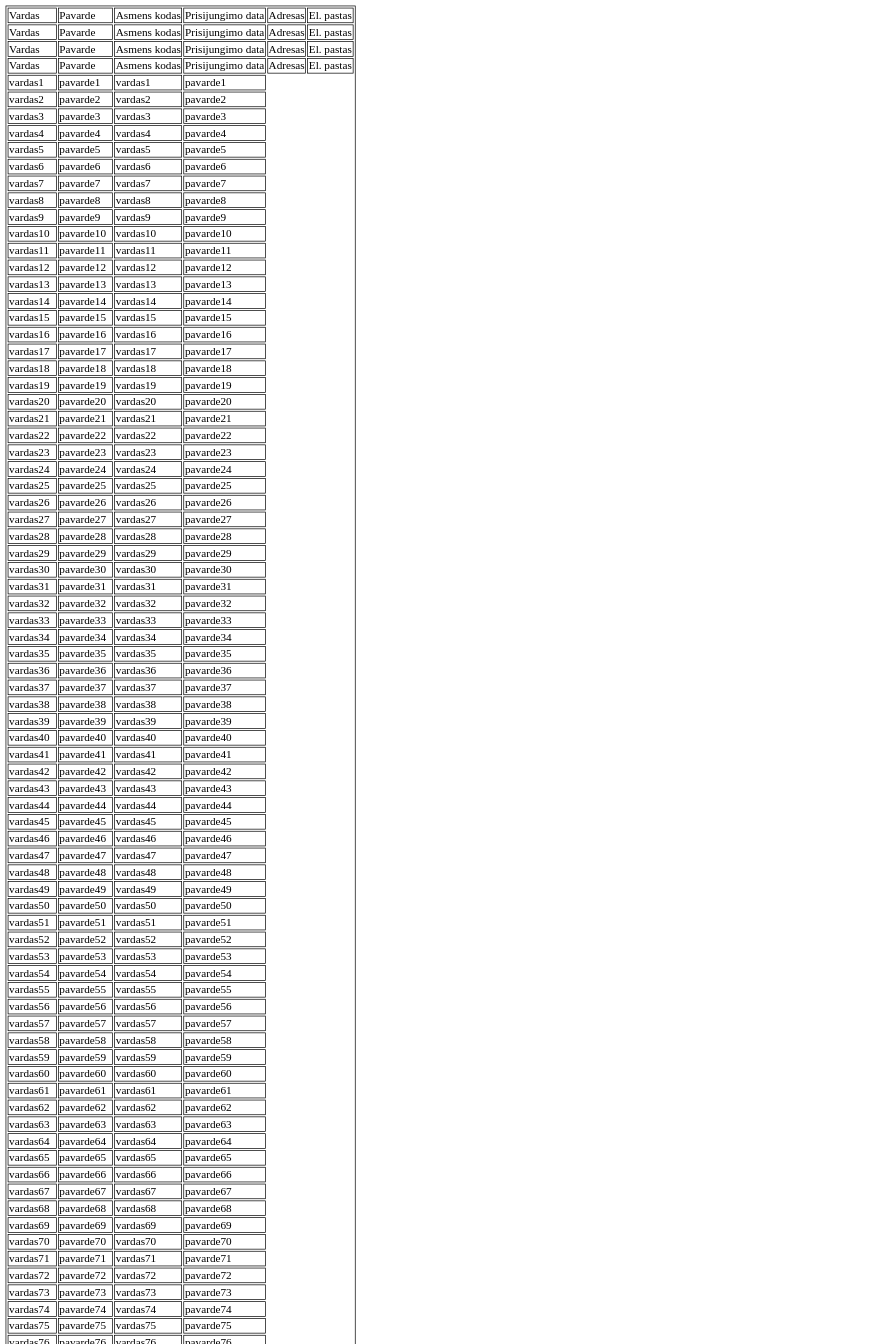
Repository: motiejus1/29-paskaita-05.31
Page: index.html
These files come from the project's save history. The page is drawn as it stood at one moment and after a run of saves; the edit follows.
The browser window is 1280 px wide. The pictures show the part of the page from y = 0 to 1920 px (the page is 4916 px tall), at 70% of full size.

Above is the page before, as saved 2021-07-21 18:41:37.

### index.html
<!DOCTYPE html>
<html lang="en">
<head>
    <meta charset="UTF-8">
    <meta http-equiv="X-UA-Compatible" content="IE=edge">
    <meta name="viewport" content="width=device-width, initial-scale=1.0">
    <title>29 paskaita</title>
    <style>
        table {
            border: 1px solid black;
        }

        td {
            border: 1px solid black;
        }
    </style>
</head>
<body>
    <table class="klientai">
        <tr class="klientas">
            <td>Vardas</td>
            <td>Pavarde</td>
            <td>Asmens kodas</td>
            <td>Prisijungimo data</td>
            <td>Adresas</td>
            <td>El. pastas</td>
        </tr>
        <tr class="klientas">
            <td>Vardas</td>
            <td>Pavarde</td>
            <td>Asmens kodas</td>
            <td>Prisijungimo data</td>
            <td>Adresas</td>
            <td>El. pastas</td>
        </tr>
        <tr class="klientas">
            <td>Vardas</td>
            <td>Pavarde</td>
            <td>Asmens kodas</td>
            <td>Prisijungimo data</td>
            <td>Adresas</td>
            <td>El. pastas</td>
        </tr>
        <tr class="klientas">
            <td>Vardas</td>
            <td>Pavarde</td>
            <td>Asmens kodas</td>
            <td>Prisijungimo data</td>
            <td>Adresas</td>
            <td>El. pastas</td>
        </tr>
    </table>



    <script>
        "use strict";

// 3. Susikurti objektą "Klientas".
// Kintamieji:
// vardas
// pavarde
// asmens kodas
// prisijungimo data
// adresas
// elpastas.

// Sukurti 200 "Klientas" objektų masyvą. "Klientas" duomenis užpildyti savo nuožiūrą.
// Visą "Klientas" objektų masyvą atvaizduoti lentelėje <table>.

    function getRndInteger(min, max) {
        return Math.floor(Math.random() * (max - min + 1) ) + min;
    }

    var klientuMasyvas = [];

    // Klientu generavimas
    for(var i=0; i< 200; i++) {
        var klientas = {
            vardas: "",
            pavarde: "",
            asmensKodas: "",
            prsijungimData: "",
            adresas: "",
            elpastas: ""
        }

        klientas.vardas = "vardas"+(i+1);
        klientas.pavarde = "pavarde"+(i+1);
        // klientas.asmensKodas = "3985254515" + (i+1);
        klientas.asmensKodas = getRndInteger(3985254515, 3999999999);
        klientas.prsijungimData = new Date();
        klientas.adresas = "adresas" + (i+1);
        klientas.elpastas = "testinis"+(i+1) + "@gmail.com";
        klientuMasyvas.push(klientas);
    }

    //Klientu atvaizdavimas
    var isvedimoElementas = document.querySelector(".klientai");

    for (var i=0; i< klientuMasyvas.length; i++) {
        // tiesiog sukurti tuscias eilutes
        var eilute = document.createElement("tr");
        eilute.classList.add("klientas");

        //Vardo atvaizdavimas
        var vardas = document.createElement("td");
        vardas.innerText = klientuMasyvas[i].vardas;
        eilute.append(vardas);

        //Pavarde atvaizdavimas
        var pavarde = document.createElement("td");
        pavarde.innerText = klientuMasyvas[i].pavarde;
        eilute.append(pavarde);

        //Asmens kodas atvaizdavimas
        var vardas = document.createElement("td");
        vardas.innerText = klientuMasyvas[i].vardas;
        eilute.append(vardas);

        //Pavarde atvaizdavimas
        var pavarde = document.createElement("td");
        pavarde.innerText = klientuMasyvas[i].pavarde;
        eilute.append(pavarde);

        isvedimoElementas.append(eilute);
    }


    console.log(klientuMasyvas);

    </script>
</body>
</html>

After the next 4 saves:
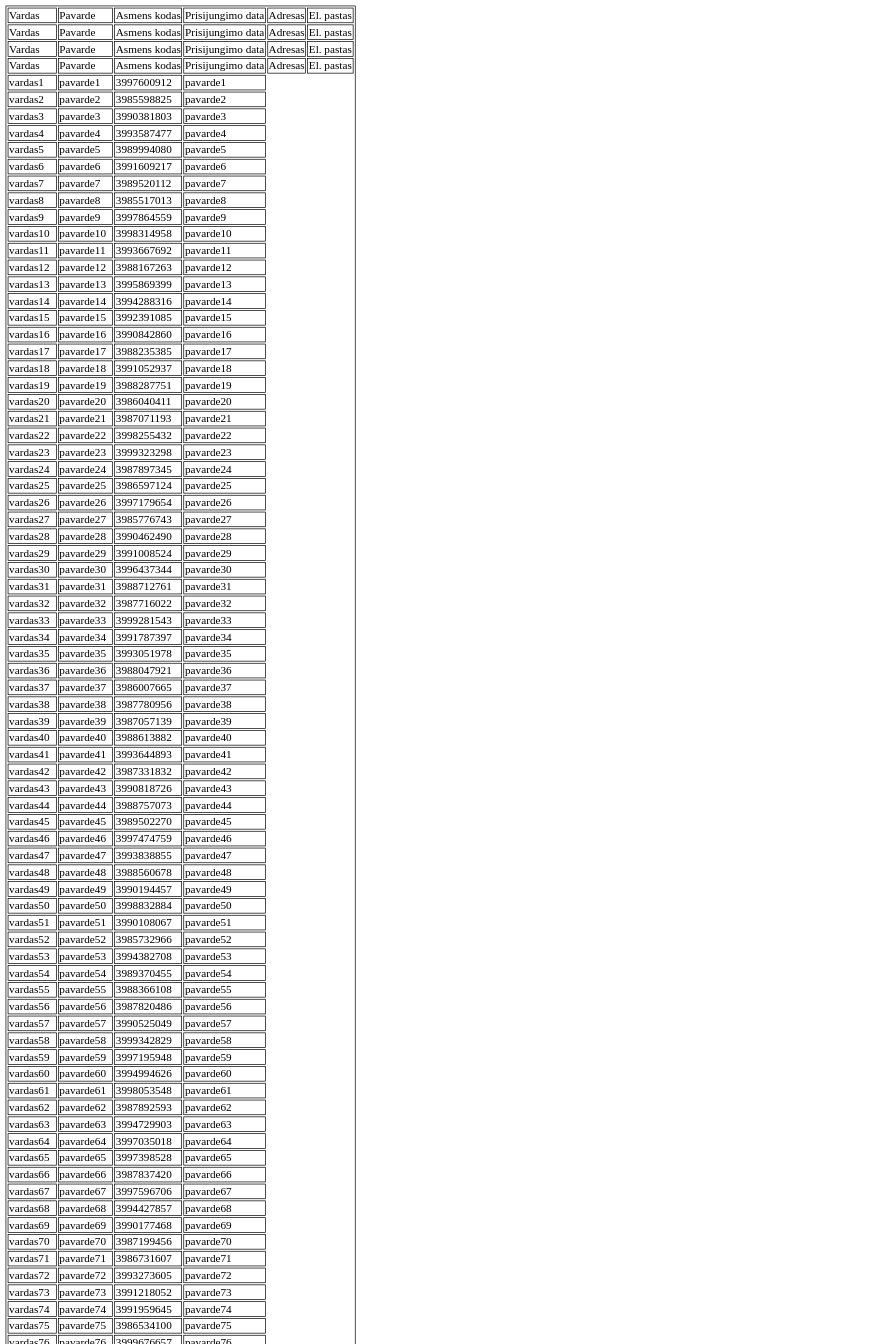
The 4 saves are shown as one change because they came seconds apart.
The last was saved 9 s later.
--- a/index.html
+++ b/index.html
@@ -114,9 +114,9 @@
         eilute.append(pavarde);
 
         //Asmens kodas atvaizdavimas
-        var vardas = document.createElement("td");
-        vardas.innerText = klientuMasyvas[i].vardas;
-        eilute.append(vardas);
+        var asmensKodas = document.createElement("td");
+        asmensKodas.innerText = klientuMasyvas[i].asmensKodas;
+        eilute.append(asmensKodas);
 
         //Pavarde atvaizdavimas
         var pavarde = document.createElement("td");
